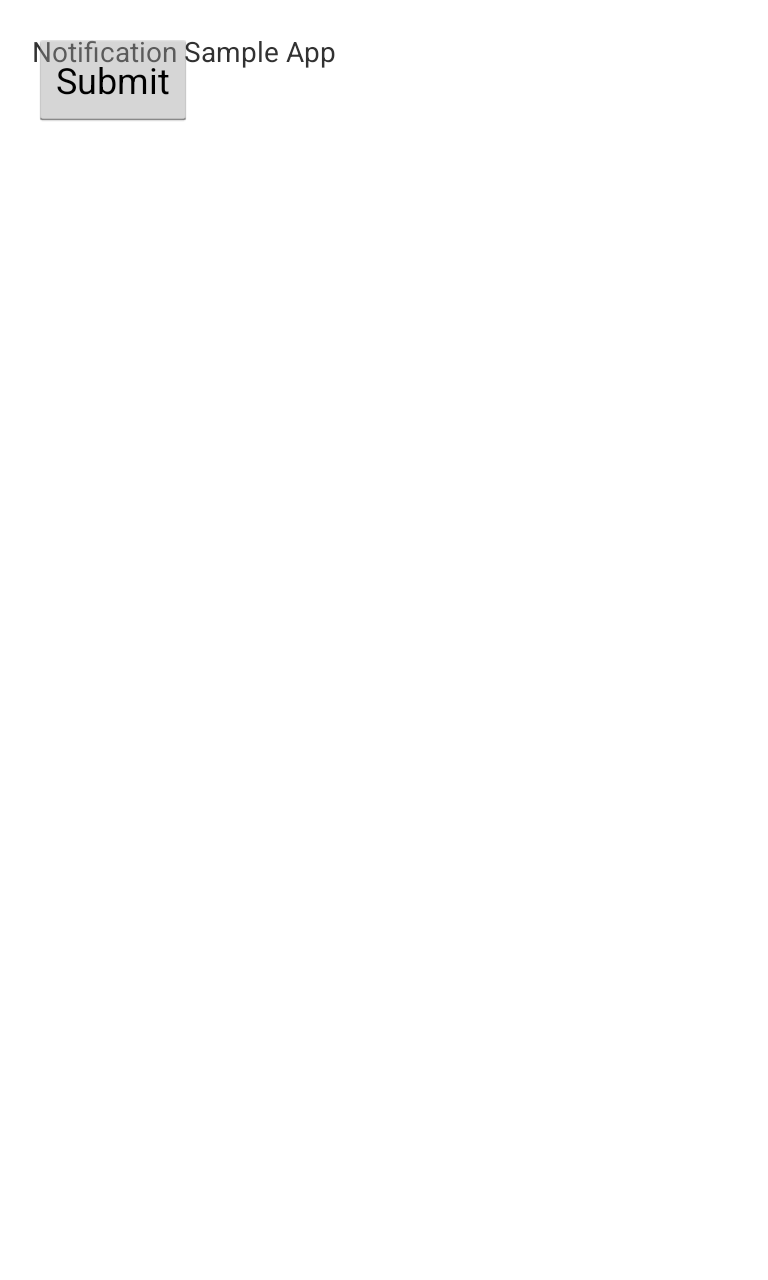
Repository: valleskeyp/Hive6Sample
Layout: NotificationSample/res/layout/activity_main.xml
The author's editor kept a copy of each file at every save. The layout is drawn from the files as they stood at one save, then again after the next save.
It is drawn on a 768 x 1280 px phone screen (xhdpi) without system bars, with theme AppTheme; the app's code is not run.

Above is the layout before, as saved 2014-01-14 18:09:31.

### NotificationSample/res/layout/activity_main.xml
<RelativeLayout xmlns:android="http://schemas.android.com/apk/res/android"
    xmlns:tools="http://schemas.android.com/tools"
    android:layout_width="match_parent"
    android:layout_height="match_parent"
    android:paddingBottom="@dimen/activity_vertical_margin"
    android:paddingLeft="@dimen/activity_horizontal_margin"
    android:paddingRight="@dimen/activity_horizontal_margin"
    android:paddingTop="@dimen/activity_vertical_margin"
    tools:context=".MainActivity" >

    <TextView
        android:layout_width="wrap_content"
        android:layout_height="wrap_content"
        android:layout_gravity="center_horizontal"
        android:text="Notification Sample App" />
    <Button
        android:id="@+id/submit"
        android:layout_width="wrap_content"
        android:layout_height="wrap_content"
        android:text="Submit" />

</RelativeLayout>

Loaded but not shown: NotificationSample/res/values/styles.xml (common file); NotificationSample/res/values-v11/styles.xml (common file); NotificationSample/res/values-v14/styles.xml (common file); NotificationSample/res/values/dimens.xml (common file)

After the next save:
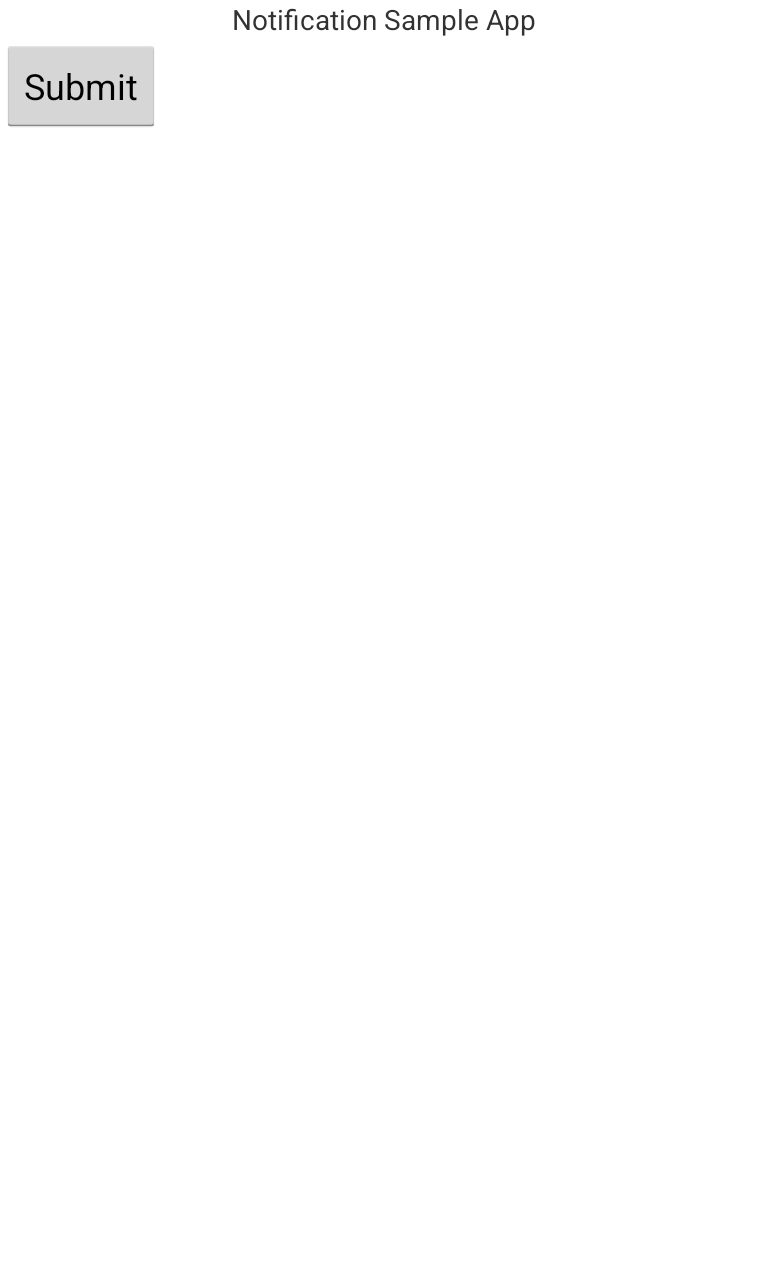
Saved 3 min 56 s later.
--- a/NotificationSample/res/layout/activity_main.xml
+++ b/NotificationSample/res/layout/activity_main.xml
@@ -1,12 +1,10 @@
-<RelativeLayout xmlns:android="http://schemas.android.com/apk/res/android"
+<LinearLayout xmlns:android="http://schemas.android.com/apk/res/android"
     xmlns:tools="http://schemas.android.com/tools"
-    android:layout_width="match_parent"
-    android:layout_height="match_parent"
-    android:paddingBottom="@dimen/activity_vertical_margin"
-    android:paddingLeft="@dimen/activity_horizontal_margin"
-    android:paddingRight="@dimen/activity_horizontal_margin"
-    android:paddingTop="@dimen/activity_vertical_margin"
-    tools:context=".MainActivity" >
+    android:id="@+id/create_layout"
+    android:layout_width="fill_parent"
+    android:layout_height="fill_parent"
+    android:orientation="vertical"
+    tools:ignore="HardcodedText" >
 
     <TextView
         android:layout_width="wrap_content"
@@ -19,4 +17,4 @@
         android:layout_height="wrap_content"
         android:text="Submit" />
 
-</RelativeLayout>
+</LinearLayout>
